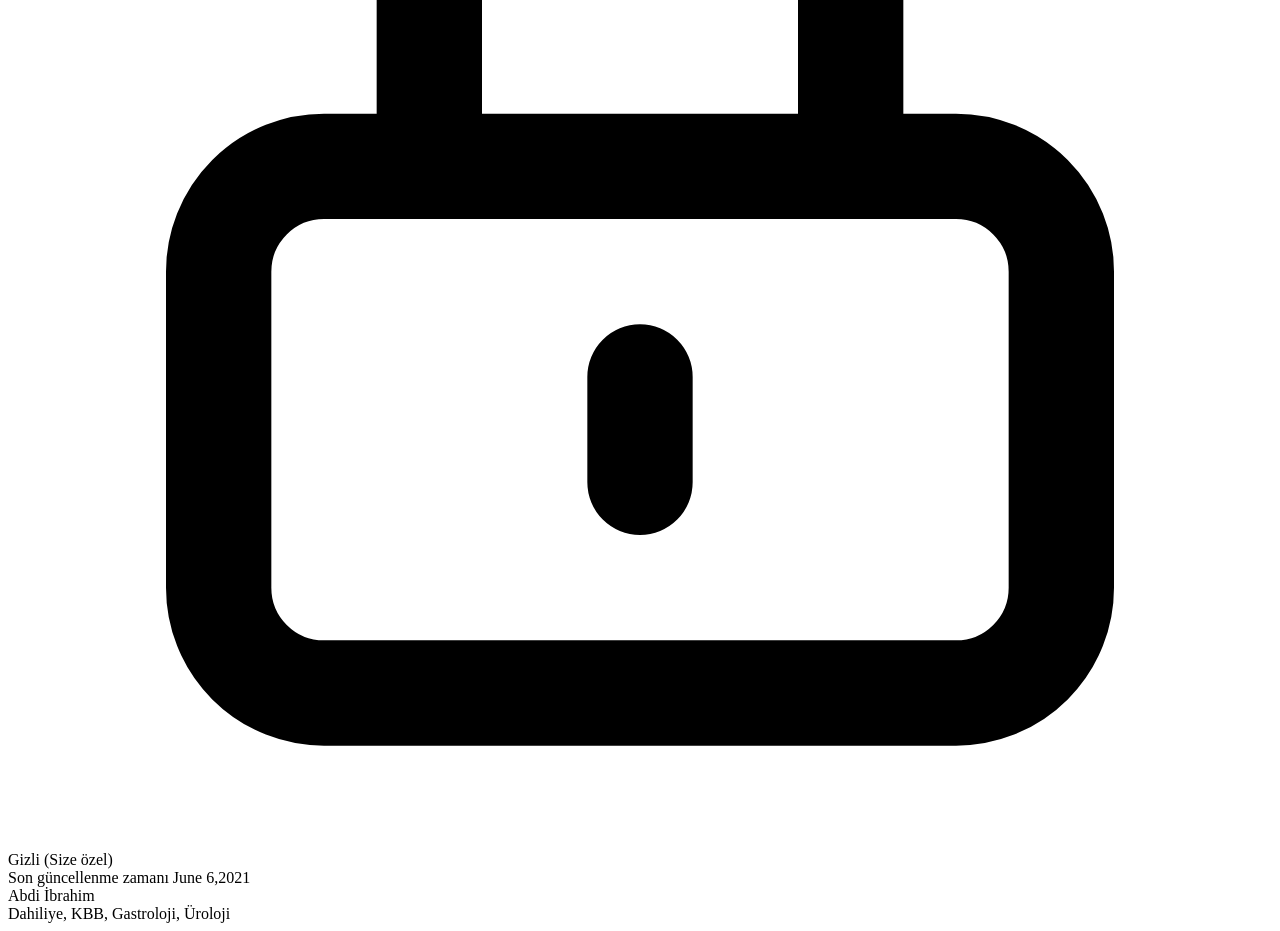
Repository: burakkck/team-2-tailwindcss-ui-sunumdetayi
Page: src/mid.html
The author's editor kept a copy of each file at every save. The page is drawn from the files as they stood at one save, then again after the next save.
The browser window is 1280 px wide. The pictures show the part of the page from y = 1123 to 2075 px (the page is 2054 px tall before and 2075 px after).
A picture or video elsewhere on the page could not be fetched, so the positions and the page height are approximate.

Above is the page before, as saved 2022-08-01 02:21:22.

After the next save:
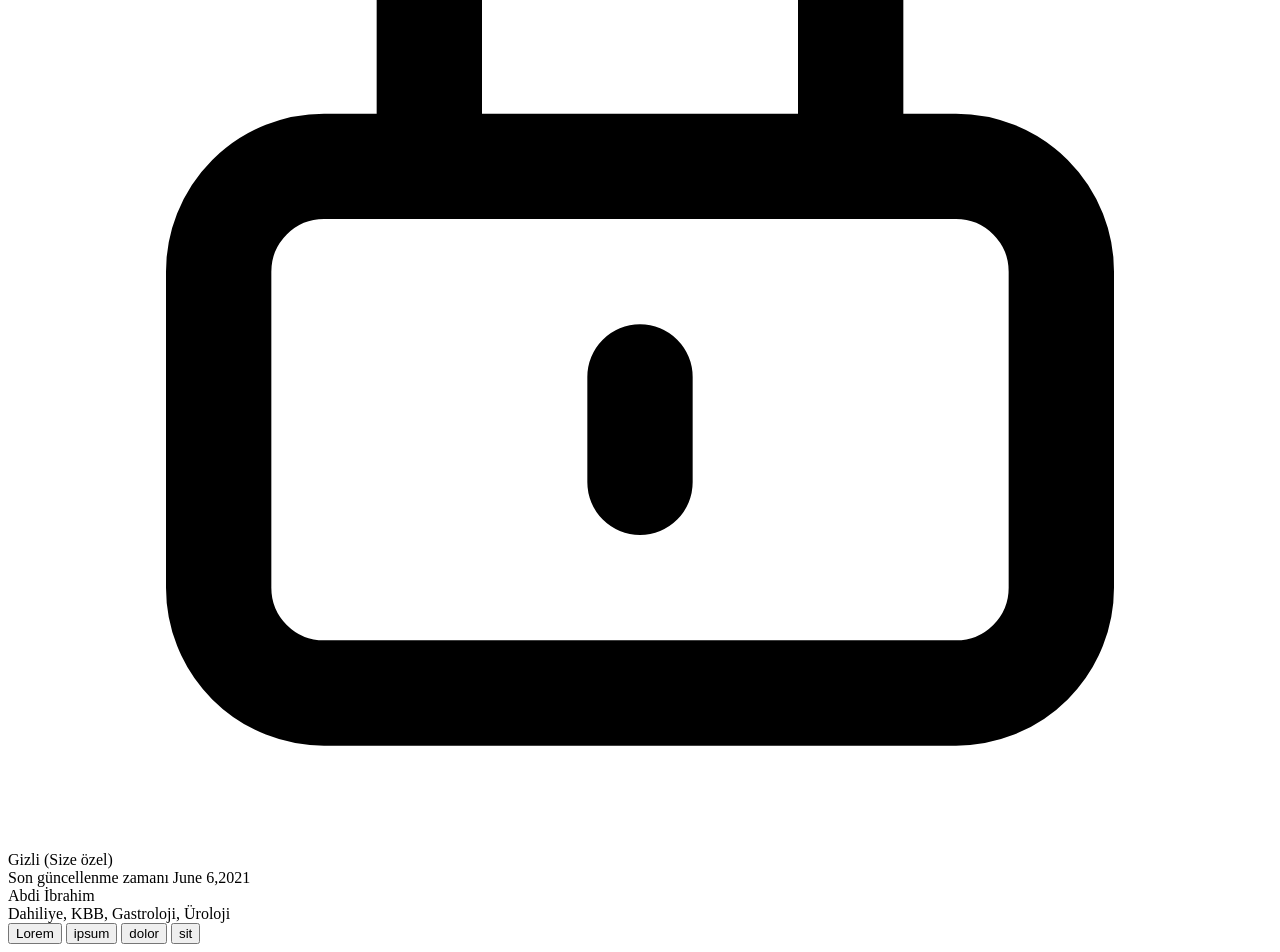
Saved 86 s later.
--- a/src/mid.html
+++ b/src/mid.html
@@ -43,6 +43,11 @@
         <div class="info-speciality flex justify-end">
             <span>Dahiliye</span>, <span>KBB</span>, <span>Gastroloji</span>, <span>Üroloji</span>
         </div>
-        <div class="info-options"></div>
+        <div class="info-tags flex justify-end">
+            <button class="tag text-capitalize">Lorem</button>
+            <button class="tag text-capitalize">ipsum</button>
+            <button class="tag text-capitalize">dolor</button>
+            <button class="tag text-capitalize">sit</button>
+        </div>
     </div>
 </div>
